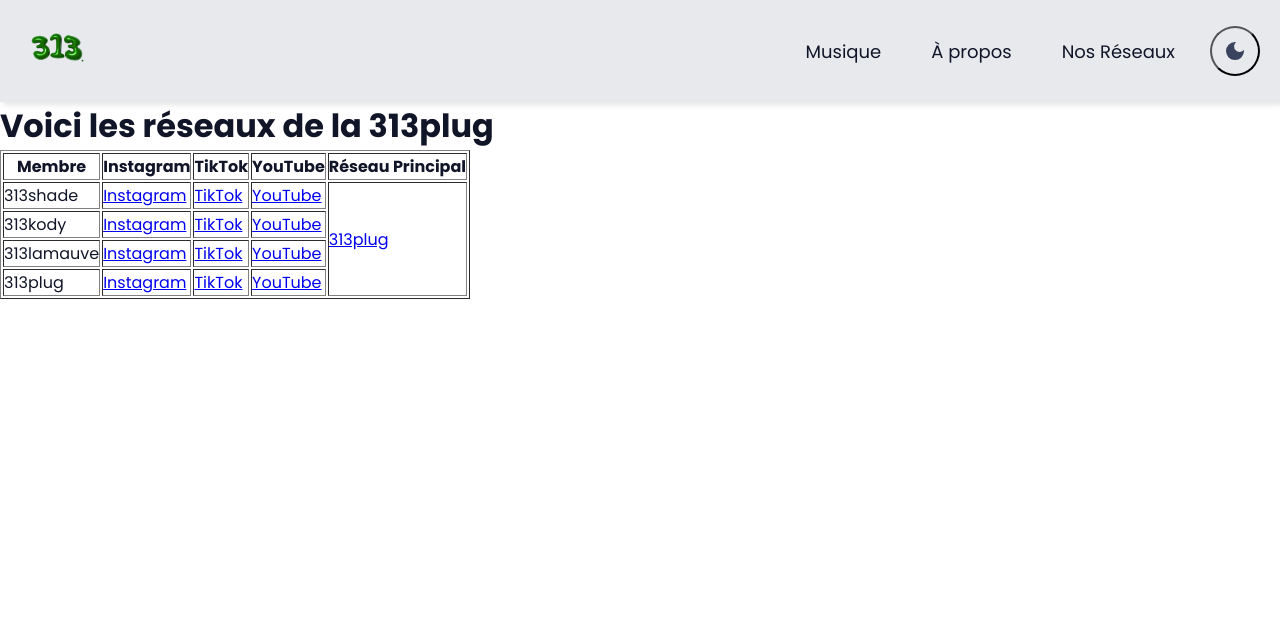
Repository: 313Kody/313plug-Site-Officiel
Page: réseau.html
These files come from the project's save history. The page is drawn as it stood at one moment and after the next save; the edit follows.
The browser window is 1280 px wide. The pictures show the whole page.
Some web fonts or font styles are not loaded; a fallback is used.

Above is the page before, as saved 2024-11-24 20:06:08.

### réseau.html
<!DOCTYPE html>
<html lang="en">
<head>
   <meta charset="UTF-8">
   <meta name="viewport" content="width=device-width, initial-scale=1.0">
   <title>313plug - Site Officiel</title>
   <link rel="stylesheet" href="CSS/styles.css">
   <link href="https://fonts.googleapis.com/css2?family=Fugaz+One&family=Poppins:wght@100;200;300;400;500;600;700;800;900&display=swap" rel="stylesheet">
   <script type="text/javascript" src="darkmode.js" defer></script>
</head>
<body>
      <nav class="main-nav">
         <div class="logo">
             <a href="index.html">
                 <img id="logo" src="images/313_vert-removebg-preview.png" alt="logo du groupe">
             </a>
         </div>

         <!-- Navbar en liens (cachée sur mobile) -->
         <ul class="nav-links hideOnMobile">
             <li><a href="musique.html" target="_blank">Musique</a></li>
             <li><a href="propos.html" target="_blank">À propos</a></li>
             <li><a href="réseau.html" target="_blank">Nos Réseaux</a></li>
             <button id="theme-switch-navbar">
               <svg xmlns="http://www.w3.org/2000/svg" height="24px" viewBox="0 -960 960 960" width="24px" fill="#e8eaed">
                  <path d="M480-120q-150 0-255-105T120-480q0-150 105-255t255-105q14 0 27.5 1t26.5 3q-41 29-65.5 75.5T444-660q0 90 63 153t153 63q55 0 101-24.5t75-65.5q2 13 3 26.5t1 27.5q0 150-105 255T480-120Z"/>
               </svg>
               <svg xmlns="http://www.w3.org/2000/svg" height="24px" viewBox="0 -960 960 960" width="24px" fill="#e8eaed">
                  <path d="M480-280q-83 0-141.5-58.5T280-480q0-83 58.5-141.5T480-680q83 0 141.5 58.5T680-480q0 83-58.5 141.5T480-280ZM200-440H40v-80h160v80Zm720 0H760v-80h160v80ZM440-760v-160h80v160h-80Zm0 720v-160h80v160h-80ZM256-650l-101-97 57-59 96 100-52 56Zm492 496-97-101 53-55 101 97-57 59Zm-98-550 97-101 59 57-100 96-56-52ZM154-212l101-97 55 53-97 101-59-57Z"/>
               </svg>
            </button>
         </ul>

         <!-- Icône de menu pour la sidebar (visible uniquement sur mobile) -->
         <div class="menu-button" onclick="showsidebar()">
             <svg xmlns="http://www.w3.org/2000/svg" height="28px" viewBox="0 -960 960 960" width="28px" fill="#000000" id="menu-icon">
                 <path d="M120-240v-80h720v80H120Zm0-200v-80h720v80H120Zm0-200v-80h720v80H120Z"/>
             </svg>
         </div>
     </nav>

     <!-- Sidebar (initialement cachée) -->
     <aside class="sidebar" id="sidebar">
         <ul>
             <li onclick="hidesidebar()">
                 <a href="#"><svg xmlns="http://www.w3.org/2000/svg" height="28px" viewBox="0 -960 960 960" width="28px" fill="#000000" id="close-icon"><path d="m256-200-56-56 224-224-224-224 56-56 224 224 224-224 56 56-224 224 224 224-56 56-224-224-224 224Z"/></svg></a>
             </li>
             <li><a href="musique.html" target="_blank">Musique</a></li>
             <li><a href="propos.html" target="_blank">À propos</a></li>
             <li><a href="réseau.html" target="_blank">Nos Réseaux</a></li>
             <button id="theme-switch-sidebar">
               <svg xmlns="http://www.w3.org/2000/svg" height="24px" viewBox="0 -960 960 960" width="24px" fill="#e8eaed">
                  <path d="M480-120q-150 0-255-105T120-480q0-150 105-255t255-105q14 0 27.5 1t26.5 3q-41 29-65.5 75.5T444-660q0 90 63 153t153 63q55 0 101-24.5t75-65.5q2 13 3 26.5t1 27.5q0 150-105 255T480-120Z"/>
               </svg>
               <svg xmlns="http://www.w3.org/2000/svg" height="24px" viewBox="0 -960 960 960" width="24px" fill="#e8eaed">
                  <path d="M480-280q-83 0-141.5-58.5T280-480q0-83 58.5-141.5T480-680q83 0 141.5 58.5T680-480q0 83-58.5 141.5T480-280ZM200-440H40v-80h160v80Zm720 0H760v-80h160v80ZM440-760v-160h80v160h-80Zm0 720v-160h80v160h-80ZM256-650l-101-97 57-59 96 100-52 56Zm492 496-97-101 53-55 101 97-57 59Zm-98-550 97-101 59 57-100 96-56-52ZM154-212l101-97 55 53-97 101-59-57Z"/>
               </svg>
            </button>
         </ul>
     </aside>
     <script>
         function showsidebar(){
             const sidebar = document.querySelector('.sidebar');
             sidebar.style.display = 'flex';
         }
         function hidesidebar(){
             const sidebar = document.querySelector('.sidebar');
             sidebar.style.display = 'none';
         }
      </script>
   <h1>Voici les réseaux de la 313plug</h1>
   <table border="1">
      <thead>
        <tr>
          <th>Membre</th>
          <th>Instagram</th>
          <th>TikTok</th>
          <th>YouTube</th>
          <th>Réseau Principal</th>
        </tr>
      </thead>
      <tbody>
        <!-- Ligne pour 313shade -->
        <tr>
          <td>313shade</td>
          <td><a href="https://www.instagram.com/313shade" target="_blank">Instagram</a></td>
          <td><a href="https://www.tiktok.com/@313shade" target="_blank">TikTok</a></td>
          <td><a href="https://www.youtube.com/313shade" target="_blank">YouTube</a></td>
          <td rowspan="4"><a href="https://www.313plug.com" target="_blank">313plug</a></td>
        </tr>

        <!-- Ligne pour 313kody -->
        <tr>
          <td>313kody</td>
          <td><a href="https://www.instagram.com/313kody" target="_blank">Instagram</a></td>
          <td><a href="https://www.tiktok.com/@313kody" target="_blank">TikTok</a></td>
          <td><a href="https://www.youtube.com/313kody" target="_blank">YouTube</a></td>
        </tr>

        <!-- Ligne pour 313lamauve -->
        <tr>
          <td>313lamauve</td>
          <td><a href="https://www.instagram.com/313lamauve" target="_blank">Instagram</a></td>
          <td><a href="https://www.tiktok.com/@313lamauve" target="_blank">TikTok</a></td>
          <td><a href="https://www.youtube.com/313lamauve" target="_blank">YouTube</a></td>
        </tr>

        <!-- Ligne pour 313plug -->
        <tr>
          <td>313plug</td>
          <td><a href="https://www.instagram.com/313plug" target="_blank">Instagram</a></td>
          <td><a href="https://www.tiktok.com/@313plug" target="_blank">TikTok</a></td>
          <td><a href="https://www.youtube.com/313plug" target="_blank">YouTube</a></td>
        </tr>
      </tbody>
    </table>

### CSS/styles.css
/* Styles globaux */
:root{
    --base-color: white;
    --base-variant: #e8e9ed;
    --text-color: #111528;
    --secondary-text: #232738;
    --primary-color:#3a435d;
    --accent-color:#3ffa4fa6;
    --blur-color: rgba(255, 255, 255, 0.626);
}
.darkmode{
    --base-color: #070b1d;
    --base-variant: #101425;
    --text-color: #ffffff;
    --secondary-text: #a4a5b8;
    --primary-color:#3a435d;
    --accent-color:#b445ffa1;
    --blur-color: rgba(82, 82, 82, 0.626);
}

* {
    margin: 0;
    padding: 0;
}
#theme-switch-navbar{
    height: 50px;
    width: 50px;
    padding: 0;
    border-radius: 50%;
    background-color: var(--base-variant);
    display: flex;
    justify-content: center;
    align-items: center;
}
#theme-switch-navbar svg{
    fill: var(--primary-color);
}
#theme-switch-navbar svg:last-child{
    display: none;
}
.darkmode #theme-switch-navbar svg:first-child{
    display: none;
}
.darkmode #theme-switch-navbar svg:last-child{
    display: block;
}
#theme-switch-sidebar{
    height: 50px;
    width: 50px;
    padding: 0;
    border-radius: 50%;
    background-color: var(--base-variant);
    display: flex;
    justify-content: center;
    align-items: center;
}
#theme-switch-sidebar svg{
    fill: var(--primary-color);
}
#theme-switch-sidebar svg:last-child{
    display: none;
}
.darkmode #theme-switch-sidebar svg:first-child{
    display: none;
}
.darkmode #theme-switch-sidebar svg:last-child{
    display: block;
}
body {
    margin: 0 auto;
    font-family: "Poppins", sans-serif;
    background-color: var(--base-color);
    color: var(--text-color);
}

.fugaz-one {
    font-family: "Fugaz One", sans-serif;
}
/* background----------------------------------------------------------------- */

.logo img {
    width: 75px;
    align-items: baseline;
}

/* Header / Navbar--------------------------------------------------------------- */
.main-nav {
    display: flex;
    align-items: center;
    justify-content: space-between;
    padding: 10px 20px;
    background-color:var(--base-variant);
    box-shadow: 3px 3px 5px rgba(0, 0, 0, 0.1);
}

.logo img {
    width: 75px;
}

.nav-links {
    list-style: none;
    display: flex;
    gap: 20px;
}

.nav-links li {
    height: 50px;
    display: flex;
    align-items: center;
}

.nav-links a {
    font-size: 18px;
    font-weight: 400;
    color: var(--text-color);
    text-decoration: none;
    padding: 0 15px;
}

.nav-links a:hover {
    background-color: var(--base-color);
    border-radius: 4px;
}

/* Sidebar----------------------------------------------------------------------- */
.sidebar {
    position: fixed;
    top: 0;
    right: 0;
    height: 100vh;
    width: 250px;
    z-index: 999;
    background-color: var(--blur-color);
    backdrop-filter: blur(10px);
    box-shadow: -10px 0 10px rgba(0, 0, 0, 0.1);
    display: none;
    flex-direction: column;
    align-items: flex-start;
    padding: 20px;
}

.sidebar ul {
    list-style: none;
    padding: 0;
}

.sidebar li {
    width: 100%;
}

.sidebar a {
    font-size: 18px;
    color: var(--text-color);
    text-decoration: none;
    padding: 10px;
    display: block;
}

.sidebar a:hover {
    background-color: var(--base-variant);
}

/* Menu button sidebar */
.menu-button {
    display: none;
}

/* Responsive */
@media(max-width: 800px) {
    .hideOnMobile {
        display: none;
    }
    .menu-button {
        display: block;
    }
}
@media(max-width: 400px) {
    .sidebar {
        width: 100%;
    }
}
/* Landing page -------------------------------------------------------------- */

section.hautdepage {
    background: url('../images/TRAPSHIT COVER Banniere.jpg');
    background-size: cover;
    background-repeat: no-repeat;
    background-position: center ;
    height: 80vh;
}

.big-title {
    color: rgb(255, 255, 255);
    font-size: 50px;
    padding: 20px 50px;
    margin-top: 40px;
}
/* BOUTTON ------------------------------------------------------------------- */
.button {
    height: 100vh;
    display: flex;
    align-items: center;
    justify-content: center;
    margin-top: -150px;
}

.button-style {
    display: inline-block;
    padding: 10px 20px;
    background-color: #ffffff;
    border: none;
    border-radius: 5px;
    color: #000000;
    font-size: 16px;
    font-weight: bold;
    text-decoration: none;
    text-align: center;
    transition: background-color 0.3s ease, transform 0.2s ease;
    box-shadow: 0px 4px 10px rgba(0, 0, 0, 0.3);
}

.button-style:hover {
    background-color: var(--accent-color);
    transform: translateY(-3px);
}

.button :active{
    transition: scale(0.96);
}

/* Titre de Section----------------------------------------------------------- */
.section-title{
    font-size: 45px;
    font-weight: 200;
    margin-top: 25px;
    position: relative;
}

.section-title::before {
    content: "";
    position: absolute;
    background-color: var(--text-color);
    width: 200px;
    height: 3px;
    margin-top: 7px;
}
/* section music home ---------------------------------------------------------*/

.section-title {
    text-align: center;
    font-family: "Poppins", sans-serif;
    font-size: 36px;
    font-weight: bold;
    color: var(--text-color);
    margin-bottom: 30px;
}

.music{
    background-color: var(--base-color);
    height: 45vh;
}
/* Flex container */
.cover-flex {
    display: flex;
    flex-wrap: wrap;
    justify-content: space-between;
    align-items: center;
    gap: 20px;
    margin-left: 15px;
}

/* Images à gauche */
.cover-images {
    display: flex;
    flex-wrap: wrap;
    gap: 15px;
    max-width: 100%;
}

/* Image individuelle */
.cover-box {
    flex: 1;
    max-width: 250px;
    border-radius: 10px;
    overflow: hidden;
    box-shadow: 0px 4px 10px rgba(0, 0, 0, 0.3);
    transition: transform 0.3s ease;
}

.cover-box img {
    width: 100%;
    height: auto;
    display: block;
}

.cover-box:hover {
    transform: scale(1.05);
}

/* Texte et bouton à droite */
.text-container {
    max-width: 35%;
    display: flex;
    flex-direction: column;
    align-items: flex-start;
    justify-content: center;
    gap: 20px;
    color: #000000;
    margin-right: 15px;
}

/* Texte */
.text-music {
    font-family: "Poppins", sans-serif;
    font-size: 16px;
    line-height: 1.8;
    color: var(--secondary-text);
}

.text-music h2 {
    font-size: 24px;
    font-weight: bold;
    color: var(--text-color);
    margin-bottom: 10px;
}

/* Bouton */
.button-style2 {
    display: inline-block;
    padding: 10px 20px;
    background-color: #ffffff;
    border: none;
    border-radius: 5px;
    color: #000000;
    font-size: 16px;
    font-weight: bold;
    text-decoration: none;
    text-align: center;
    transition: background-color 0.3s ease, transform 0.2s ease;
    box-shadow: 0px 4px 10px rgba(0, 0, 0, 0.3);
}

.button-style2:hover {
    background-color: var(--accent-color);
    transform: translateY(-3px);
}

.button-style2:active {
    transform: translateY(1px);
}


/* section réseau pour la homepage */

.section-title2 {
    text-align: center;
    font-family: "Poppins", sans-serif;
    font-size: 36px;
    font-weight: bold;
    color: var(--text-color);
    margin-bottom: 30px;
}

.section-title2::before {
    content: "";
    position: absolute;
    background-color: var(--text-color);
    width: 200px;
    height: 3px;
    margin-top: 3px;
}
.réseau{
    background-color: var(--base-variant);
    height: 100vh;
}
/* responsive pour la home page */

@media (max-width: 1120px) {
    .button-style{
        padding: 12px 30px;
        font-size: 20px;
        margin-bottom: 145px;
    }
}

@media (max-width: 768px) {
    /* Réduire la taille du texte du titre */
    .section-title {
        font-size: 28px;
    }

    /* Changer le comportement du conteneur .cover-flex */
    .cover-flex {
        flex-direction: column;
        justify-content: center;
        align-items: center;
        gap: 10px;
    }

    /* Modifier l'image de cover pour qu'elle soit plus petite sur les petits écrans */
    .cover-box {
        max-width: 100%;
    }

    /* Ajuster la taille du texte */
    .text-music {
        font-size: 14px;
    }

    .text-music h2 {
        font-size: 20px;
    }

    /* Ajuster la largeur du texte et des boutons */
    .text-container {
        max-width: 90%; /* Plus large sur mobile */
        margin-right: 0;
    }

    /* Boutons plus grands et espacés */
    .button-style2 {
        padding: 12px 24px;
        font-size: 18px;
    }

    .button-style {
        padding: 12px 30px;
        font-size: 20px;
        margin-top: 4px;
    }

    /* Empêcher que les éléments débordent */
    .button {
        height: auto;
        margin-top: 10px;
    }
}

@media (max-width: 574px) {
    .big-title{
        font-size: 40px;
    }
}
/* Lorsque l'écran est plus petit que 480px (taille mobile très petite) */
@media (max-width: 480px) {
    /* Réduire encore plus la taille du texte */
    .section-title {
        font-size: 24px;
    }

    .text-music {
        font-size: 12px;
    }

    .text-music h2 {
        font-size: 18px;
    }

    .button-style {
        padding: 10px 20px;
        font-size: 16px;
    }

    .big-title {
        font-size: 30px;
    }

    /* Ajuster l'espace autour des éléments */
    .cover-flex {
        gap: 10px;
    }

    .cover-box {
        max-width: 100%; /* Image en pleine largeur */
    }

    /* Mettre les textes et images en colonne */
    .cover-images {
        flex-direction: column;
        gap: 10px;
    }
}

/* PAGES MUSIQUES : Styles pour la section Cover ------------------------------------*/

/* Conteneur de chaque cover et texte */

.titre-musique {
    display: flex;
    flex-direction: column;
    justify-content: center;
    align-items: center;
}
.cover-container1 {
    max-width: 1600px;
    display: flex;
    justify-content: space-between;
    align-items: center;
    margin-bottom: 30px;
    flex-wrap: wrap;
    background-image: url("/images/313.SHIT\ COVER.jpg");
    background-position:center;
    background-repeat: no-repeat;
    background-blend-mode: darken;
    background-color: rgba(0, 0, 0, 0.5);
    border-radius: 35px;
    height: 45vh;
}

.cover-container2 {
    max-width: 1600px;
    display: flex;
    justify-content: space-between;
    align-items: center;
    margin-bottom: 30px;
    flex-wrap: wrap;
    background-image: url("/images/STAMINA\ COVER.jpg");
    background-position:center;
    background-repeat: no-repeat;
    background-blend-mode: darken;
    background-color: rgba(0, 0, 0, 0.5);
    border-radius: 35px;
    height: 45vh;
}
.cover-container3 {
    max-width: 1600px;
    display: flex;
    justify-content: space-between;
    align-items: center;
    margin-bottom: 30px;
    flex-wrap: wrap;
    background-image: url("/images/BUISNESS\ COVER.jpg");
    background-position:center;
    background-repeat: no-repeat;
    background-blend-mode: darken;
    background-color: rgba(0, 0, 0, 0.5);
    border-radius: 35px;
    height: 45vh;
}
.cover-container4 {
    max-width: 1600px;
    display: flex;
    justify-content: space-between;
    align-items: center;
    margin-bottom: 30px;
    flex-wrap: wrap;
    background-image: url("/images/gelato.jpg");
    background-position:center;
    background-repeat: no-repeat;
    background-blend-mode: darken;
    background-color: rgba(0, 0, 0, 0.5);
    border-radius: 35px;
    height: 45vh;
}
.cover-container5 {
    max-width: 1600px;
    display: flex;
    float: left;
    margin-right: 15px;
    justify-content: space-between;
    align-items: center;
    margin-bottom: 30px;
    flex-wrap: wrap;
    background-image: url("/images/SSW TAPE.jpg");
    background-position: center;
    background-repeat: no-repeat;
    background-blend-mode: darken;
    background-color: rgba(0, 0, 0, 0.5);
    border-radius: 35px;
    height: 45vh;
}

.glass {
    background: linear-gradient(135deg, rgba(255, 255, 255, 0.1), rgba(255, 255, 255, 0));
    backdrop-filter: blur(10px);
    -webkit-backdrop-filter: blur(10px);
    border-radius: 35px;
    border: 1px solid rgba(255, 255, 255, 0.18);
    box-shadow: 0 8px 32px 0 rgba(0, 0, 0, 0.37);
    display: flex;
    justify-content: space-between;
    align-items: center;
    height: 100%;
    padding: 0 20px;
}
/* Style pour chaque texte */
.text-intro h1{
    font-size: 60px;
    text-align: center;
    margin-bottom: 100px;
    margin-top: 60px;
}
.text {
    flex: 1;
    padding: 10px;
    font-family: "Poppins", sans-serif;
    font-size: 16px;
    color: #ffffff;
    text-align: left;
    margin-right: 15px;
}

.text h2 {
    font-family: "Poppins", sans-serif;
    font-size: 20px;
    color: #f1f1f1;
    margin-bottom: 10px;
}

.text h3 {
    font-family: "Poppins", sans-serif;
    font-size: 20px;
    color: #ffffff;
    margin-bottom: 10px;
}

.text p {
    font-size: 14px;
    line-height: 1.6;
}


/* Style pour l'image de cover */
.cover-link {
    flex: 1;
    text-align: center;
}

.cover-image {
    width: 100%;
    max-width: 300px;
    height: auto;
    border-radius: 8px;
    box-shadow: 0 4px 10px rgba(0, 0, 0, 0.1);
    transition: transform 0.3s ease;
}

.cover-image:hover {
    transform: scale(1.05);
}

/* Responsivité pour petits écrans */
@media (max-width: 768px) {
    .cover-container {
        flex-direction: column;
        text-align: center;
    }

    .text {
        margin-right: 0;
        margin-bottom: 20px;
    }

    .cover-image {
        max-width: 100%;
    }
}

/* PAGES A PROPOS : images----------------------------------------------------------*/

.pics {
   position: relative;
   width: 70%;
   margin: 250px auto;
}


.images-propos {
    max-width: 320px;
    float: left;
    border: 3px solid var(--text-color);
    border-radius: 10px;
    margin-right: 15px;
}

.images-propos2 {
    max-width: 320px;
    float: right;
    border: 3px solid var(--text-color);
    border-radius: 10px;
    margin-left: 15px;
}

.text-box{
    color:var(--text-color);
    font-weight: 600;
}

.text-box h1 {
    font-family: "Fugaz One", sans-serif;
    font-size: 42px;
    font-weight: 500;
}

.text-box h2 {
    font-family: "Fugaz One", sans-serif;
    font-size: 42px;
    font-weight: 500;
}

.text-box p {
    font-size: 16px;
}

/* Animation d'apparition */
@keyframes fadeIn {
    from {
        opacity: 0;
        transform: translateY(20px);
    }
    to {
        opacity: 1;
        transform: translateY(0);
    }
}

.pics {
    animation: fadeIn 1s ease-in-out;
}

@media (max-width: 768px) {
    .pics {
        flex-direction: column; /* Passe en colonne sur mobile */
        gap: 20px;
    }
    .images-propos, .images-propos2 {
        float: none;
        margin: 0 auto;
    }
    .text-box {
        text-align: center; /* Centre le texte sur petit écran */
    }
}

### darkmode.js
let darkmode = localStorage.getItem('darkmode');

const themeSwitchNavbar = document.getElementById('theme-switch-navbar');
const themeSwitchSidebar = document.getElementById('theme-switch-sidebar');

const enableDarkmode = () => {
    document.body.classList.add('darkmode');
    localStorage.setItem('darkmode', 'active');
    // Change le logo et les icônes ici
    document.querySelector('.logo img').src = "images/313_logo_Lamauve-removebg-preview.png";
    // Change les SVG dans la sidebar (ici pour le menu et le bouton close)
    changeSidebarIcons("white");
};

const disableDarkmode = () => {
    document.body.classList.remove('darkmode');
    localStorage.setItem('darkmode', null);
    // Remet le logo et les icônes à leur état original
    document.querySelector('.logo img').src = "images/313_vert-removebg-preview.png";
    changeSidebarIcons("black");
};

const changeSidebarIcons = (color) => {
    const menuIcon = document.querySelector('.menu-button svg');
    const closeIcon = document.querySelector('.sidebar svg');

    const iconColor = color === "white" ? "#FFFFFF" : "#000000";
    menuIcon.setAttribute("fill", iconColor);
    closeIcon.setAttribute("fill", iconColor);
};

// Vérifie si darkmode est activé au chargement de la page
if(darkmode === "active") {
    enableDarkmode();
}

themeSwitchNavbar.addEventListener("click", () => {
    darkmode = localStorage.getItem('darkmode');
    darkmode !== "active" ? enableDarkmode() : disableDarkmode();
});

themeSwitchSidebar.addEventListener("click", () => {
    darkmode = localStorage.getItem('darkmode');
    darkmode !== "active" ? enableDarkmode() : disableDarkmode();
});

After the next save:
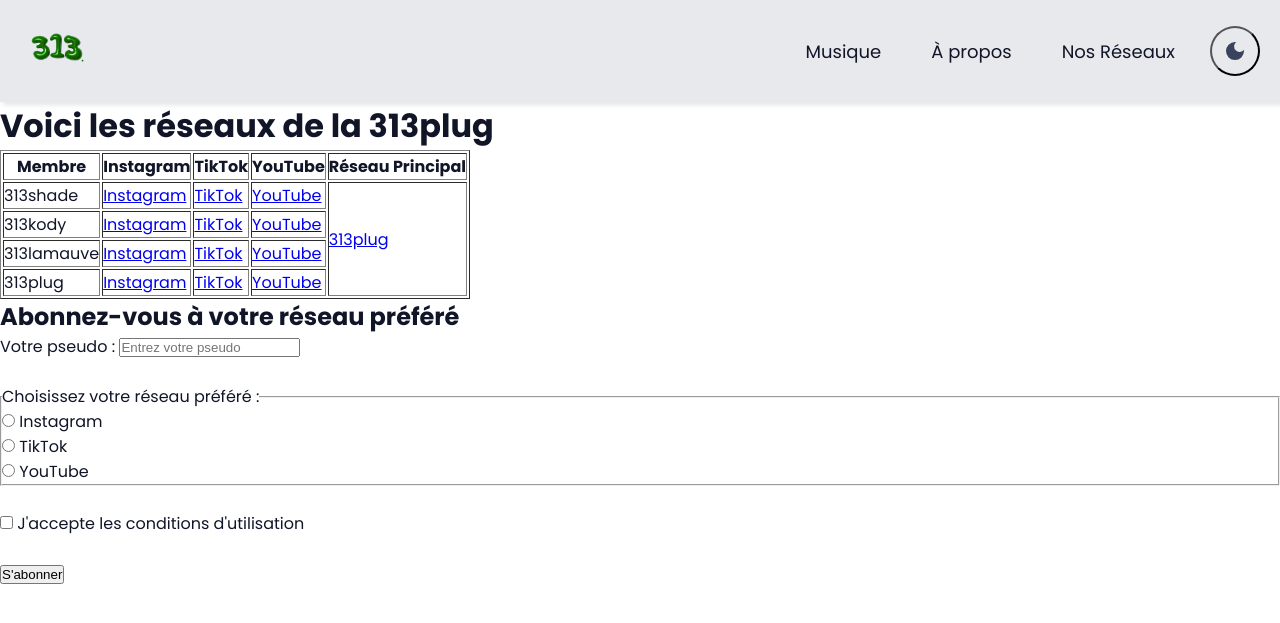
Saved 89 s later.
--- a/réseau.html
+++ b/réseau.html
@@ -114,3 +114,32 @@
         </tr>
       </tbody>
     </table>
+    <h2>Abonnez-vous à votre réseau préféré</h2>
+<form action="#" method="post">
+  <!-- Champ texte -->
+  <label for="username">Votre pseudo :</label>
+  <input type="text" id="username" name="username" placeholder="Entrez votre pseudo" required>
+  <br><br>
+
+  <!-- Boutons radio pour sélectionner un réseau -->
+  <fieldset>
+    <legend>Choisissez votre réseau préféré :</legend>
+    <input type="radio" id="insta" name="network" value="instagram" required>
+    <label for="insta">Instagram</label>
+    <br>
+    <input type="radio" id="tiktok" name="network" value="tiktok">
+    <label for="tiktok">TikTok</label>
+    <br>
+    <input type="radio" id="youtube" name="network" value="youtube">
+    <label for="youtube">YouTube</label>
+  </fieldset>
+  <br>
+
+  <!-- Case à cocher -->
+  <input type="checkbox" id="terms" name="terms" required>
+  <label for="terms">J'accepte les conditions d'utilisation</label>
+  <br><br>
+
+  <!-- Bouton de soumission -->
+  <button type="submit">S'abonner</button>
+</form>
